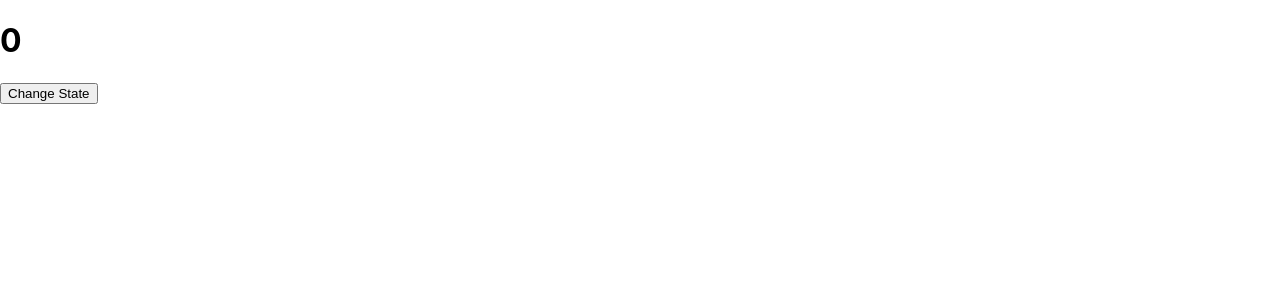
Repository: bhaveshtrades/reactpractice
Page: / (app in reactpractice/)
The author's editor kept a copy of each file at every save. The page is drawn from the files as they stood at one save, then again after a run of saves.
The browser window is 1280 px wide. The pictures show the whole page.
The project was rebuilt for these pictures with package versions that can differ from the ones it lists, and the page was loaded fresh each time. Also part of the build but not shown: reactpractice/src/App.css.

Above is the page before, as saved 2022-08-18 03:11:37.

After the next 2 saves:
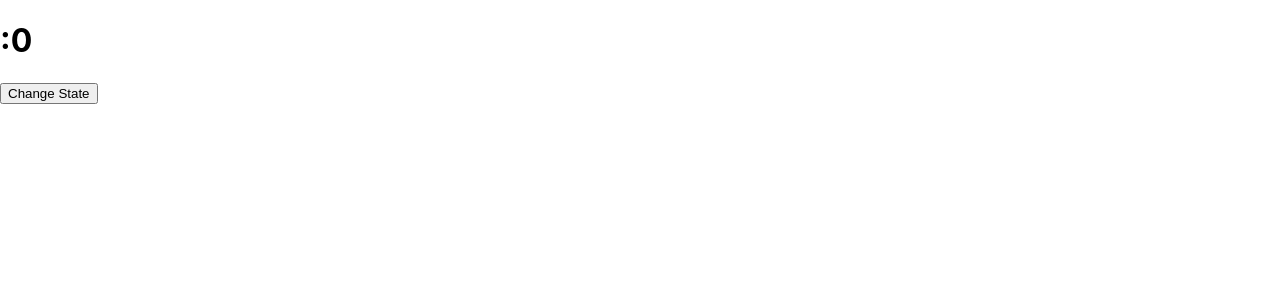
The 2 saves are shown as one change because 1 did not build or start.
The last was saved 7 min 2 s later.
--- a/reactpractice/src/components/Button.jsx
+++ b/reactpractice/src/components/Button.jsx
@@ -1,14 +1,14 @@
 import React, { useState } from 'react'
 import hocButton from './Hoc';
 
-function Button() {
+function Button({name}) {
 
     const [state, setState] = useState(0);
 
   return (
 
     <div>
-        <h1>{state}</h1>
+        <h1>{name}:{state}</h1>
         <button onClick={()=>setState(state + 1)}>Change State</button>
     </div>
   )
